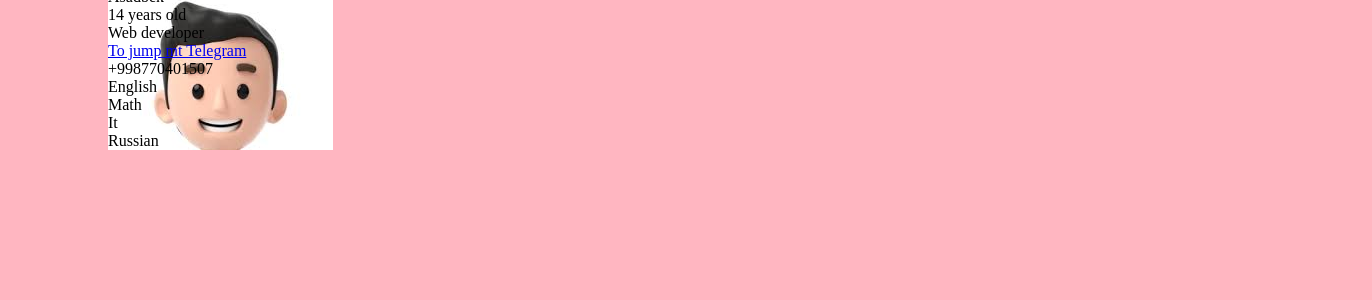
Repository: KHANas02/live-stream
Page: contact.html
An editor plug-in stored every save of this project. The page is shown before and after the next save, followed by the edit.
The browser window is 1280 px wide. The page is 1372 px wide, so the pictures cover 1372 px, including what lies to the right of the window. The pictures show the whole page.

Above is the page before, as saved 2024-03-25 07:38:02.

### contact.html
<!DOCTYPE html>
<html lang="en">
<head>
    <meta charset="UTF-8">
    <meta name="viewport" content="width=device-width, initial-scale=1.0">
    <title>Contact with us</title>
    <link rel="stylesheet" href="./index.html">
</head>
<style>
    body{
        background-color: lightpink;
    }
    .text{
        background-image:url(data:[embedded picture, 5823 characters]);
       /* border-top-left-radius:20px;
       border-top-right-radius:60px;
       border-bottom-left-radius:80px;
       border-bottom-right-radius:40px;
       background-repeat:no-repeat;
       width: 50px;
       height: 50px; */
       position: relative;
        left: 100px;
        bottom: 20px;
        background-repeat: no-repeat;
    }

    </style>
<body>
    <div class="container">
  <div class="contact-card">
    <div class="avatar"></div>
    <div class="text"></div>
  </div>
  <div class="text">Asadbek <br>
14 years old <br>
Web developer <br>
<a href=" https://t.me/wzb_02">To jump mt Telegram</a> <br>
+998770401507 <br>
English <br>
Math <br>
It <br>
Russian <br>

    </div>


</div>
  <div class="contact-card">
    <div class="avatar"></div>
    <div class="text"></div>
  </div>
  <div id="magnifying-glass">
    <div id="glass"></div>
    <div id="handle">
       </div>
</body>
</html>

### index.html
<!DOCTYPE html>
<html lang="en">
  <head>
    <meta charset="UTF-8" />
    <head name="viewport" content="width=device-width, initial-scale=1.0">
      <title>Englify Live_stream</title>
      <link rel="stylesheet" href="./style.css" />
    </head>
    <style>
      .div1Img {
        font-size: 70px;
        font-family: serif;
        font-weight: 100;
        color: rgb(255, 0, 157);
        position: relative;
        left: 25px;
        top: 70px;
      }
      .div2 {
        font-size: 70px;
        font-family: serif;
        font-weight: 100;
        color: rgb(255, 0, 157);
        position: relative;
        left: 25px;
        top: 70px;
      }
      .div3 {
        font-size: 70px;
        font-family: serif;
        font-weight: 100;
        color: rgb(255, 0, 157);
        position: relative;
        left: 25px;
        top: 450px;
      }
    </style>
    <html>
      <body>
        <div class="div1">
          <div class="div1Img">JOIN TO OUR LIVE STREAM</div>
        </div>
        <div class="div2">
          Todat at 21:00 <br />
          Only with coffee
        </div>
        <div class="div3">
          Our on the telegram
          <br />
          @englify_asp <br />
          And join to us
        </div>
        <div class="hamburger-menu">
          <input id="menu__toggle" type="checkbox" />
          <label class="menu__btn" for="menu__toggle">
            <span></span>
          </label>

          <ul class="menu__box">
            <li><a class="menu__item" href="index.html">Главная</a></li>
            <li>
              <a class="menu__item" href="speaking.html"
                >Speaking полезная функция</a
              >
            </li>
            <li><a class="menu__item" href="group.html">участники прямой трансляции</a></li>
            <li><a class="menu__item" href="#">Блог</a></li>
            <li><a class="menu__item" href="contact.html">Контакты</a></li>
          </ul>
        </div>
      </body>
    </html>
  </head>
</html>

After the next save:
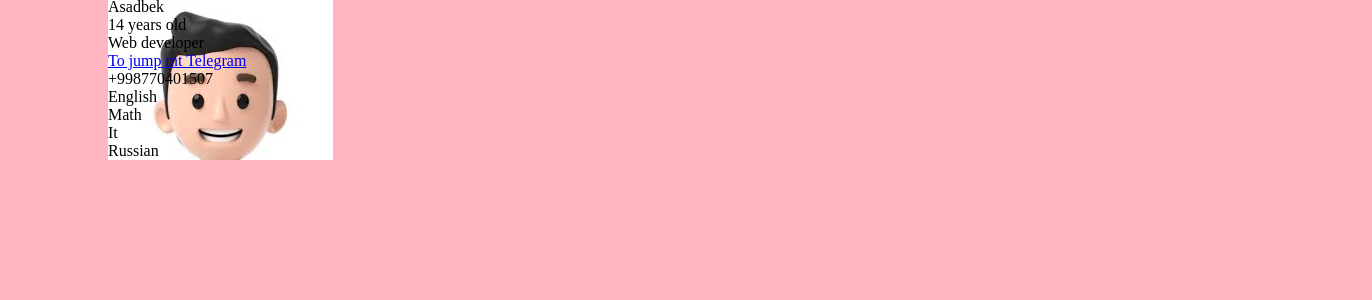
Saved 6 s later.
--- a/contact.html
+++ b/contact.html
@@ -21,7 +21,7 @@
        height: 50px; */
        position: relative;
         left: 100px;
-        bottom: 20px;
+        bottom: 10px;
         background-repeat: no-repeat;
     }
 
